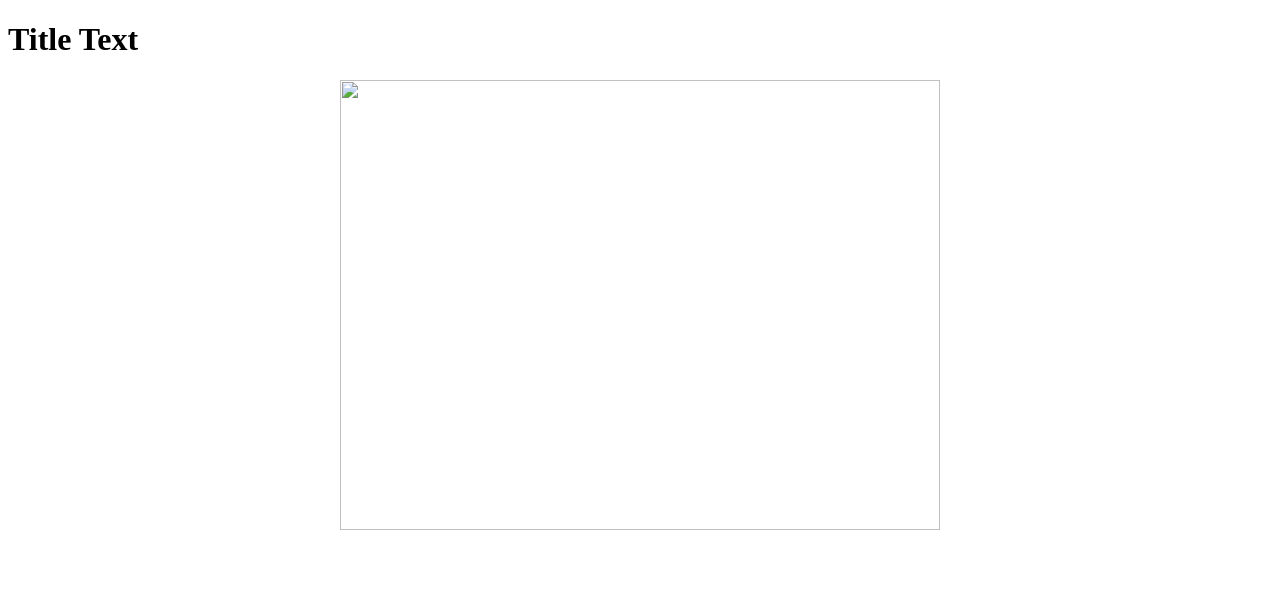
Repository: sonegillis/Mekolle-Tunde
Page: index.html
An editor plug-in stored every save of this project. The page is shown before and after the next save, followed by the edit.
The browser window is 1280 px wide. The pictures show the whole page.

Above is the page before, as saved 2019-03-27 23:26:25.

### index.html
<!DOCTYPE html>
<html lang="en">
  <head>
    <meta charset="UTF-8">
    <title>Fork Me! FCC: Test Suite Template</title>
    <link rel="stylesheet" href="css/style.css">
  </head>

  <body>
  <div id="main">
    <h1 id="title">Title Text</h1>
    <div id="img-div">
      <h4 id="img-caption"></h2>
      <img id="image" src="" alt="">
    </div>
    <p id="tribute-info"></p>
  </div>
    <script src="https://cdn.freecodecamp.org/testable-projects-fcc/v1/bundle.js"></script>
    <script  src="js/index.js"></script>
  </body>
</html>

### css/style.css
#img-div {
    width: 100%;
}

#image {
    display: block;
    width: 600px;
    max-width: 800px;
    height: 450px;
    margin: 0 auto;
}

### js/index.js
// !! IMPORTANT README:

// You may add additional external JS and CSS as needed to complete the project, however the current external resource MUST remain in place for the tests to work. BABEL must also be left in place.

/***********
INSTRUCTIONS:
  - Select the project you would
    like to complete from the dropdown
    menu.
  - Click the "RUN TESTS" button to
    run the tests against the blank
    pen.
  - Click the "TESTS" button to see
    the individual test cases.
    (should all be failing at first)
  - Start coding! As you fulfill each
    test case, you will see them go
    from red to green.
  - As you start to build out your
    project, when tests are failing,
    you should get helpful errors
    along the way!
    ************/

// PLEASE NOTE: Adding global style rules using the * selector, or by adding rules to body {..} or html {..}, or to all elements within body or html, i.e. h1 {..}, has the potential to pollute the test suite's CSS. Try adding: * { color: red }, for a quick example!

// Once you have read the above messages, you can delete all comments.
"use strict";

After the next save:
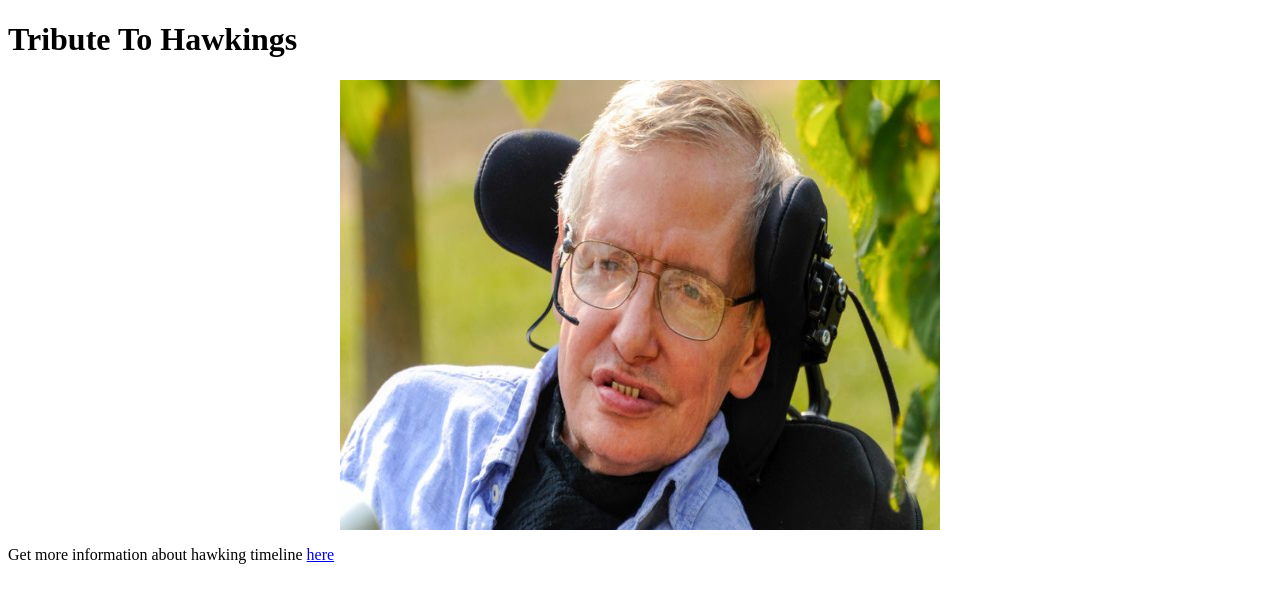
Saved 8 s later.
--- a/index.html
+++ b/index.html
@@ -7,14 +7,15 @@
   </head>
 
   <body>
-  <div id="main">
-    <h1 id="title">Title Text</h1>
-    <div id="img-div">
-      <h4 id="img-caption"></h2>
-      <img id="image" src="" alt="">
+    <div id="main">
+      <h1 id="title">Tribute To Hawkings</h1>
+        <div id="img-div">
+          <h4 id="img-caption"></h2>
+          <img id="image" src="img/hawkins.jpg" alt="">
+          <p id="tribute-info"></p>
+        </div>
+      <p>Get more information about hawking timeline <a id="tribute-link" href="https://www.theguardian.com/science/2004/jul/21/spaceexploration.science1" target="_blank">here</a></p>
     </div>
-    <p id="tribute-info"></p>
-  </div>
     <script src="https://cdn.freecodecamp.org/testable-projects-fcc/v1/bundle.js"></script>
     <script  src="js/index.js"></script>
   </body>
